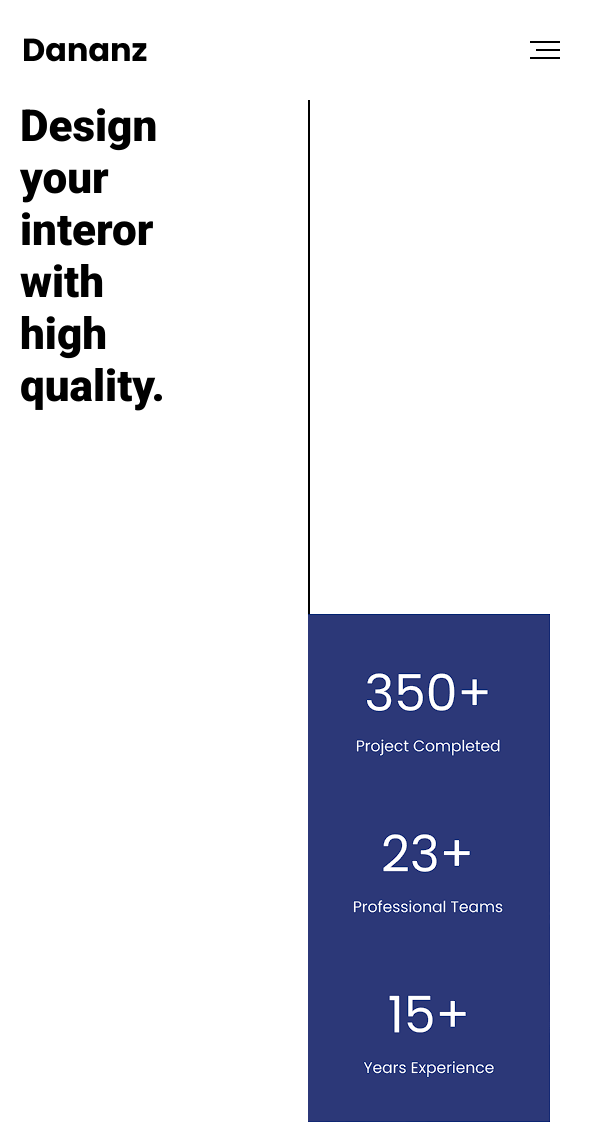
Repository: AsadKasimov/disain
Page: index.html
These files come from the project's save history. The page is drawn as it stood at one moment and after a run of saves; the edit follows.
The browser window is 600 px wide. The pictures show the whole page.

Above is the page before, as saved 2023-04-20 12:18:56.

### index.html
<!DOCTYPE html>
<html lang="en">
<head>
    <meta charset="UTF-8">
    <meta http-equiv="X-UA-Compatible" content="IE=edge">
    <meta name="viewport" content="width=device-width, initial-scale=1.0">
    <title>F</title>
    <link rel="stylesheet" href="./style.css">
</head>
<body>

    <div class="wrapper">
        <header class="header">
            <!-- Шапка -->
            <div class="logo">
                <img src="./img/Dananz.png" alt="">
            </div>

            <!-- Меню сайта -->
            <nav class="nav">
                <ul>
                    <li>Home</li>
                    <li>About Us</li>
                    <li>Services</li>
                    <li>Our Teams</li>
                    <li>Contact Us</li>

                </ul>
            </nav>

            <!-- Иконка бургерменю -->
            <div class="burger">
                <span></span>
            </div>
        </header>
        <div class="menu">
            <div class="text-menu">
                <h1>Design your interor with high quality.</h1>
            </div>
            <div class="text-line">
                <hr class="text-line-l">
                <div class="h-pic">
                    <img src="./img/rec.png" alt="">
                </div>
            </div>


        </div>

    </div>



    <script>
        document.querySelector('.burger').addEventListener('click', function() {
            this.classList.toggle('active');
            document.querySelector('.nav').classList.toggle('open');
        })
    </script>
</body>
</html>

### style.css
@import url('https://fonts.googleapis.com/css2?family=Roboto:ital,wght@0,100;0,300;0,400;0,500;0,900;1,100;1,300;1,400;1,500;1,700;1,900&display=swap');

html, body {
  height: 100%;
  width: 100%;

}

body {
  display: flex;
  flex-direction: column;
  font-family: 'Roboto', sans-serif;
  background-color: #fff;
  /* overflow: hidden; */

}

*{
  padding: 0;
  margin: 0;
  box-sizing: border-box;
}

.wrapper{
  flex-grow: 1;
}

.open{
  display: flex !important;
}

.header{
  display: flex;
  align-items: center;
  justify-content: space-between;
  min-height: 100px;
  background-color: #fff;
  color: #000;
  padding: 0 90px;
}

.logo{
  display: flex;
  justify-content: center;
  flex-direction: column;
  align-items: center;

  width: 90px;
  height: 90px;
}

.nav{
  display: flex;
  width: 700px;
  padding: 0 40px;
}

.nav ul{
  width: 100%;
  list-style: none;
  display: flex;
  justify-content: space-between;
}

.burger{
  display: none;
  position: relative;
  z-index: 50;
  align-items: center;
  justify-content: flex-end;
  width: 30px;
  height: 18px;
}

.burger span{
  height: 2px;
  width: 80%;
  transform: scale(1);
  background-color: #000;
}

.burger::before, .burger::after{
  content: '';
  position: absolute;
  height: 2px;
  width: 100%;
  background-color: #000;
  transition: all 0.3s ease 0s;
}

.burger::before { top: 0 }

.burger::after { bottom: 0 }


.burger.active span { transform: scale(0) }

.burger.active::before{
  top: 50%;
  transform: rotate(-45deg) translate(0, -50%);
}

.burger.active::after{
  bottom: 50%;
  transform: rotate(45deg) translate(0, 50%);
}

h1 {
  display: block;
  font-size: 2em;
  margin-block-start: 0;
  margin-block-end: 0;
  margin-inline-start: 0px;
  margin-inline-end: 0px;
  font-weight: bold;
}

.menu{
  display: flex;
  justify-content: flex-start;
  padding: 0 70px;
  align-items:baseline;

}

.text-menu{
  font-weight: 700;
  font-size: 30px;
  width: 500px;
}

hr.text-line-l{
  border: 1px solid black;
  width: 60vw;

}

.text-line{
  display: flex;
  flex-direction: column;
  gap: 20px;
}




@media (max-width: 700px) {

  .h-pic{
    margin-right: 30px;
  }


  .text-line{
    display: block;
    flex-direction: row;




}

  hr.text-line-l {
    border: 1px solid black;
    height: 100%;
    width: 0px;
  }



  .menu{
    display: flex;
    justify-content: flex-start;
    padding: 0 20px;
    align-items:normal;
    gap: 23%;
  }

  .text-menu{
    width: 70%;
    font-size: 22px;

  }

  .header{
    display: flex;
    align-items: center;
    justify-content: space-between;
    min-height: 100px;
    background-color: #fff;
    color: #000;
    padding: 0 40px;
  }

  .nav{
    display: flex;
    width: 700px;
    padding: 0 40px;
  }

  .burger { display: flex }

  .nav{
      display: none;
      flex-direction: column;
      position: fixed;
      height: 100%;
      width: 100%;
      top: 0; bottom: 0; left: 0; right: 0;
      z-index: 50;
      overflow-y: auto;
      padding: 50px 40px;
      background-color: ghostwhite;

  }

  .nav ul{
      flex-direction: column;
      row-gap: 30px;
  }
}

After the next 2 saves:
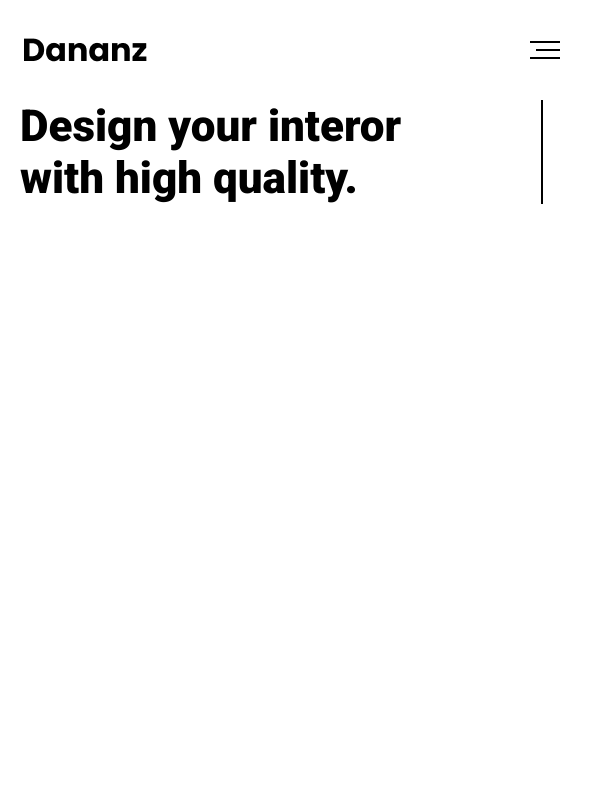
The 2 saves are shown as one change because they came seconds apart.
The last was saved 24 s later.
--- a/style.css
+++ b/style.css
@@ -147,7 +147,7 @@ hr.text-line-l{
 @media (max-width: 700px) {
 
   .h-pic{
-    margin-right: 30px;
+    display: none;
   }
 
 
